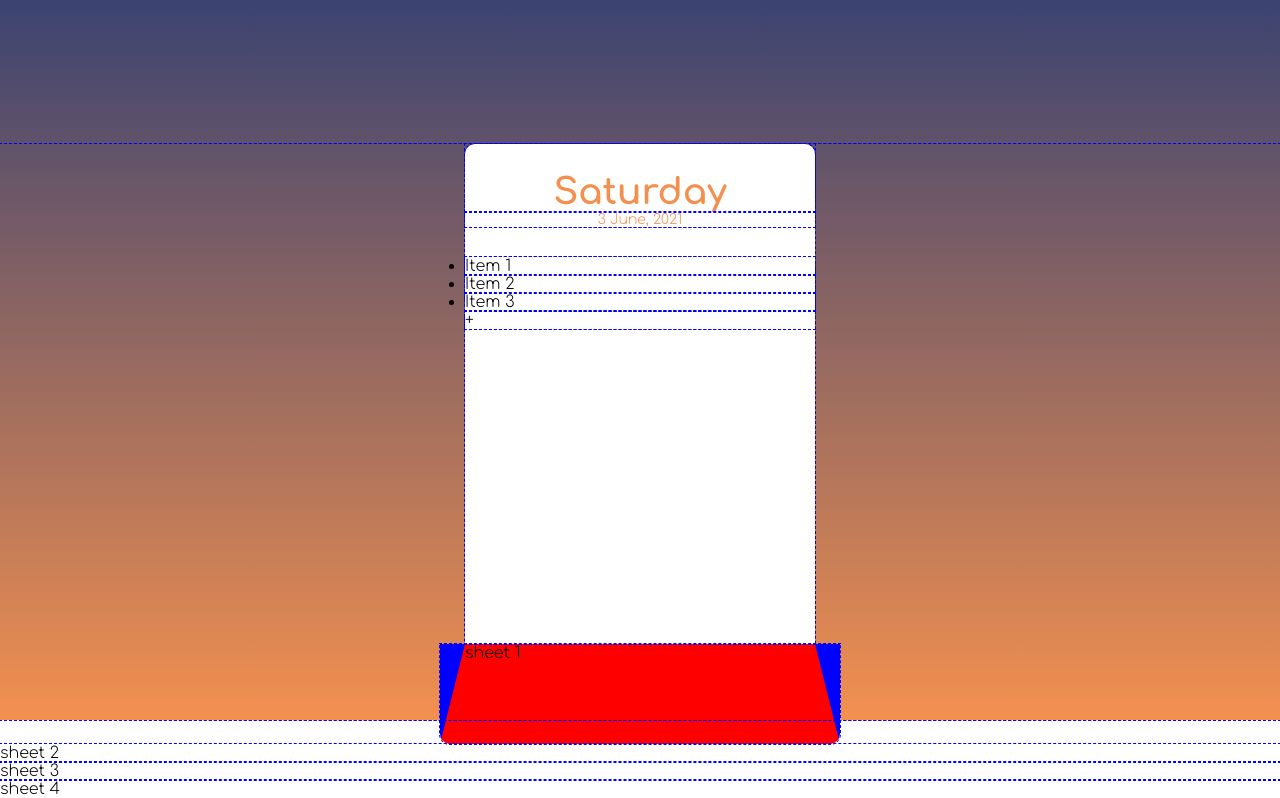
Repository: Colo-Codes/mini-projects
Page: todo-app/index.html
The author's editor kept a copy of each file at every save. The page is drawn from the files as they stood at one save, then again after the next save.
The browser window is 1280 px wide. The pictures show the whole page.

Above is the page before, as saved 2021-07-04 11:31:12.

### todo-app/index.html
<!DOCTYPE html>
<html lang="en">
    <head>
        <meta charset="UTF-8" />
        <meta http-equiv="X-UA-Compatible" content="IE=edge" />
        <meta name="viewport" content="width=device-width, initial-scale=1.0" />
        <link rel="stylesheet" href="./css/index.css" />
        <title>Mini-Project - ToDo app</title>
    </head>
    <body>
        <div class="changing-background">
            <main class="todo">
                <section id="todo--header">
                    <header>Saturday</header>
                    <p>3 June, 2021</p>
                </section>
                <section id="todo--tasks-list">
                    <ul>
                        <li class="todo--tasks-list--item">Item 1</li>
                        <li class="todo--tasks-list--item">Item 2</li>
                        <li class="todo--tasks-list--item">Item 3</li>
                    </ul>
                </section>
                <section id="todo--footer">
                    <p>+</p>
                </section>
            </main>
            <div id="sheet-1-3d">sheet 1</div>
            <div id="sheet-2-3d">sheet 2</div>
            <div id="sheet-3-3d">sheet 3</div>
            <div id="sheet-4-3d">sheet 4</div>
        </div>
    </body>
</html>

### todo-app/css/index.css
@import url('https://fonts.googleapis.com/css2?family=Comfortaa:wght@300;700&display=swap');

/* Initial reset */

html {
    box-sizing: border-box;
    font-size: 16px;
}

*,
*:before,
*:after {
    box-sizing: inherit;
    margin: 0;
    padding: 0;
    outline: 1px dashed blue; /* Debugging purposes */
}

body {
    font-family: 'Comfortaa', cursive;
    background: #f3904f; /* fallback for old browsers */
    background: -webkit-linear-gradient(
        to bottom,
        #3b4371,
        #f3904f
    ); /* Chrome 10-25, Safari 5.1-6 */
    background: linear-gradient(
        to bottom,
        #3b4371,
        #f3904f
    ); /* W3C, IE 10+/ Edge, Firefox 16+, Chrome 26+, Opera 12+, Safari 7+ */
    background-repeat: no-repeat;
    background-size: cover;
    height: 80vh;
}

.todo {
    margin: auto;
    margin-top: 20vh;
    width: 350px;
    height: 500px;
    background-color: white;
    border-radius: 10px 10px 0 0;
}

#sheet-1-3d {
    background-color: blue;
    width: 400px;
    height: 95px;
    margin: auto;
    border-radius: 0 0 10px 10px;

    border-bottom: 100px solid red;
    border-left: 25px solid transparent;
    border-right: 25px solid transparent;
    height: 0;
    /* width: 100px; */
}

#todo--header header {
    padding-top: 1.75rem;
    font-size: 2.25rem;
    font-weight: 700;
    text-align: center;
    color: #f3904f;
}

#todo--header p {
    font-size: 0.875rem;
    text-align: center;
    color: #f3904f;
}

#todo--tasks-list {
    margin-top: 1.875rem;
}

After the next save:
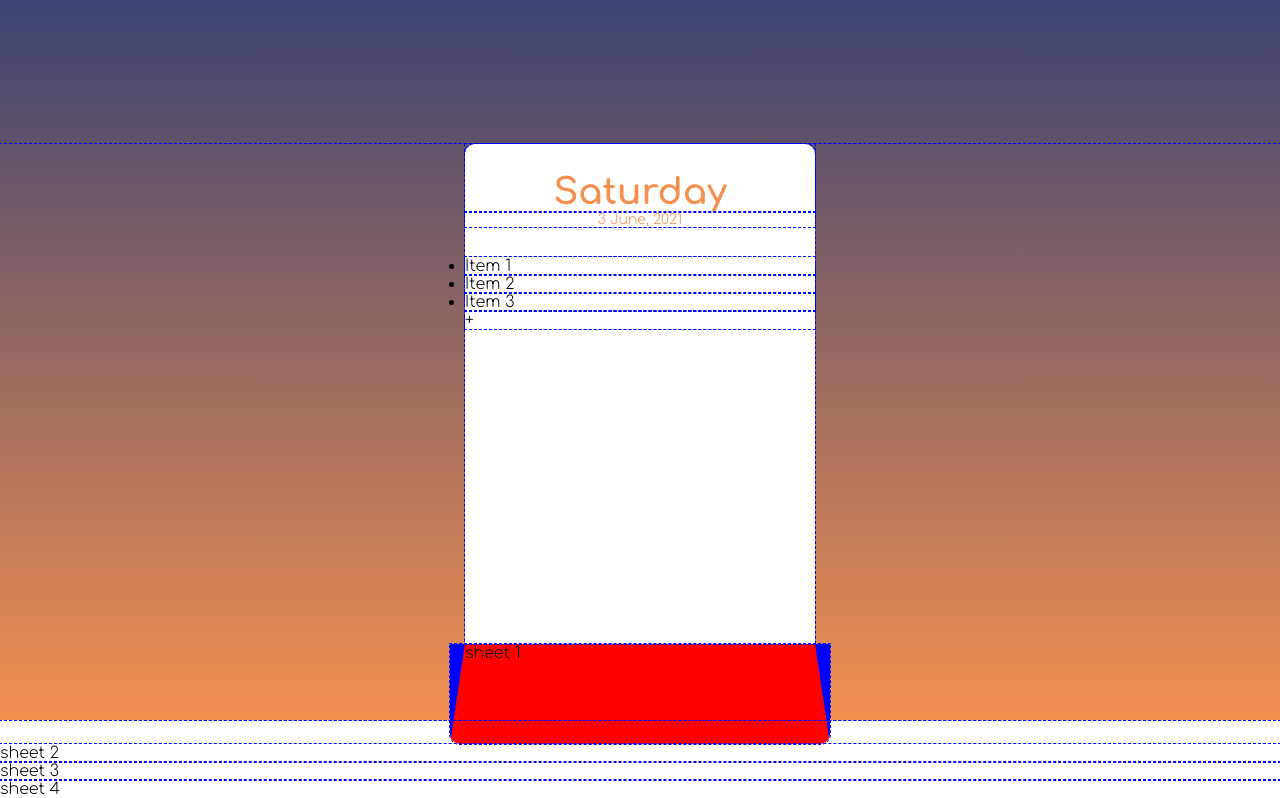
Saved 14 s later.
--- a/todo-app/css/index.css
+++ b/todo-app/css/index.css
@@ -45,14 +45,14 @@ body {
 
 #sheet-1-3d {
     background-color: blue;
-    width: 400px;
+    width: 380px;
     height: 95px;
     margin: auto;
     border-radius: 0 0 10px 10px;
 
     border-bottom: 100px solid red;
-    border-left: 25px solid transparent;
-    border-right: 25px solid transparent;
+    border-left: 15px solid transparent;
+    border-right: 15px solid transparent;
     height: 0;
     /* width: 100px; */
 }
